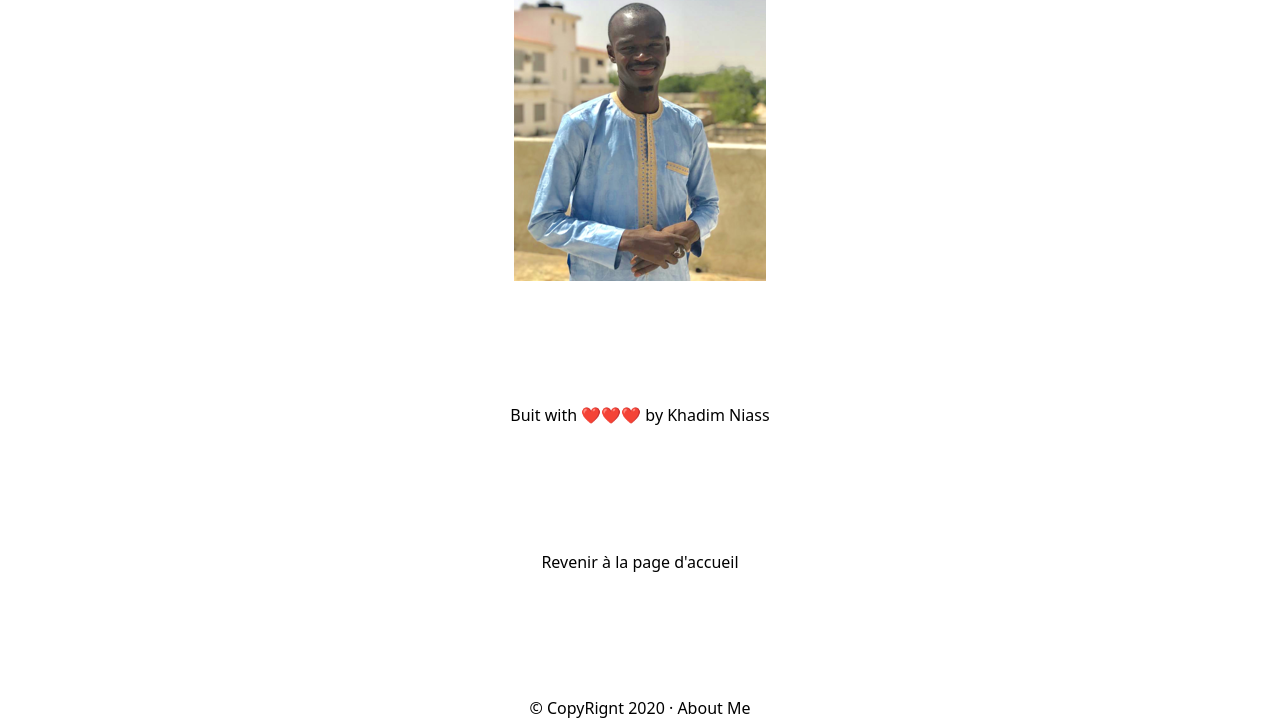
Repository: khadimniass/hello-city-with-Symfony
Page: templates/pages/about.html.twig
An editor plug-in stored every save of this project. The page is shown before and after the next save, followed by the edit.
The browser window is 1280 px wide. The pictures show the whole page.
The page is a Twig template of a Symfony application; nobody is signed in and links lead nowhere. The template is opened directly, without the code that normally fills it, so the values that code supplies are empty.

Above is the page before, as saved 2020-06-24 13:11:38.

After the next save:
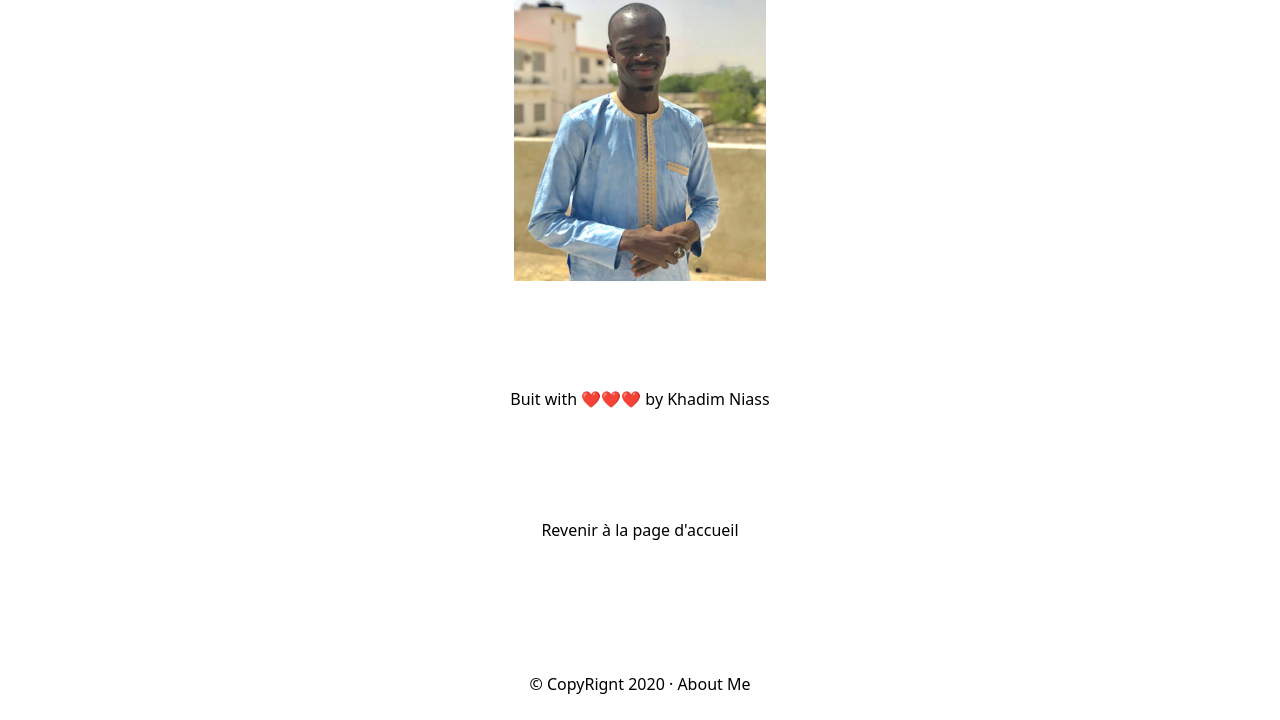
Saved 80 s later.
--- a/templates/base.html.twig
+++ b/templates/base.html.twig
@@ -8,14 +8,14 @@
         {% block stylesheets %}{% endblock %}
     </head>
     <body class="flex flex-col justify-between items-center min-h-screen">
-        </main class="main">
+        </main class="main" class="my-6">
         {% block body %}{% endblock %}
         </main>
 
 
         {% block javascripts %}{% endblock %}
 
-    <footer>
+    <footer class="my-6">
         <p>
             &copy CopyRignt {{'now'|date('Y') }}
             &middot; <a href="{{ path('app_about')}} ">About Me</a>
